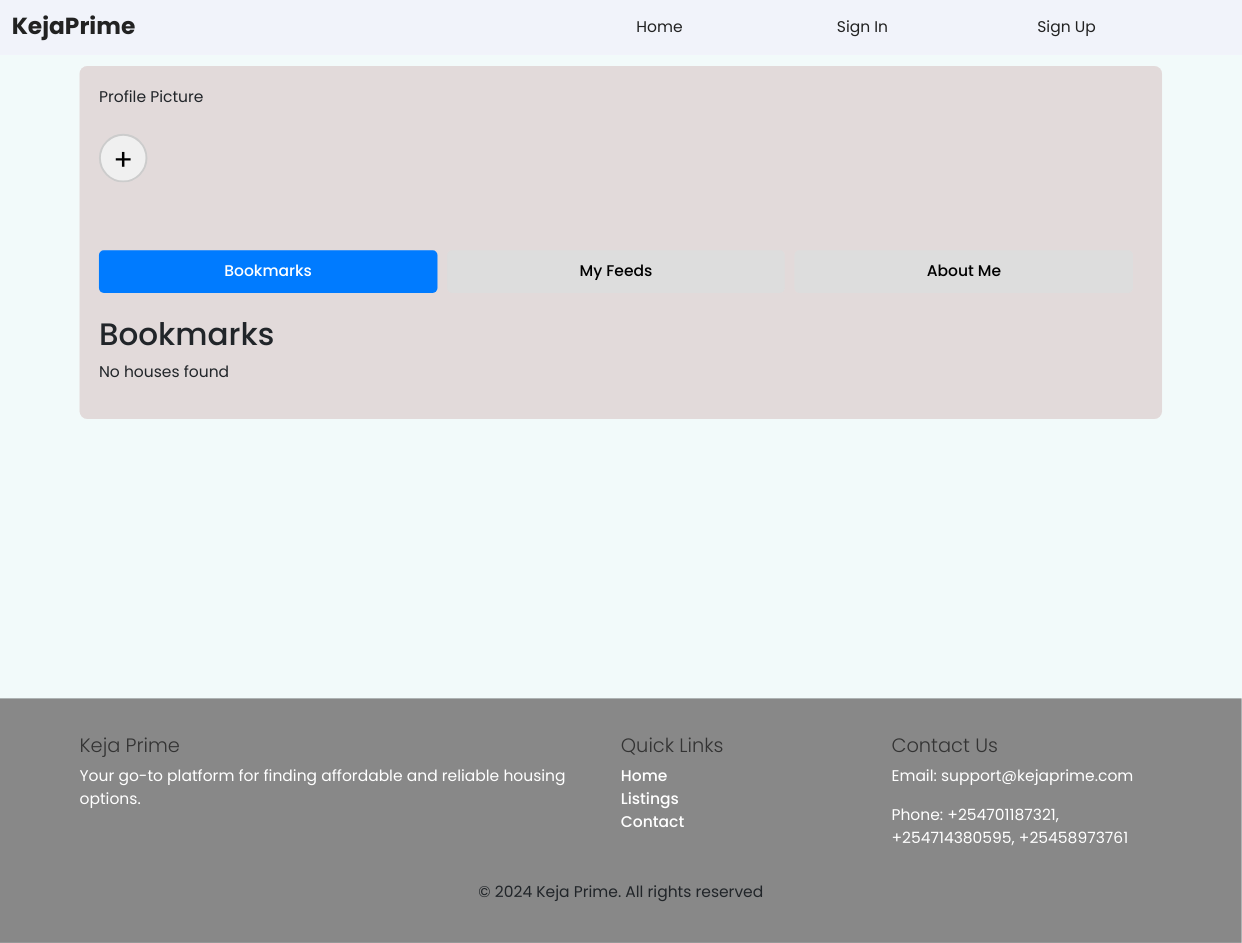
Repository: Pascal7601/kejaPrime
Page: /profile (app in frontend/)
The author's editor kept a copy of each file at every save. The page is drawn from the files as they stood at one save, then again after a run of saves.
The browser window is 1280 px wide. The pictures show the whole page, at 97% of full size.
The page's requests for data from a server got no answer. The project was rebuilt for these pictures with package versions that can differ from the ones it lists, and the page was loaded fresh each time. No one was signed in, and anything a server would have sent is missing. Also part of the build but not shown: frontend/vite.config.js, frontend/src/styles/HeroSection.css, frontend/src/components/HeroSection.jsx, frontend/src/pages/Home.jsx, frontend/src/components/Houses.jsx, frontend/src/pages/Listings.jsx, frontend/src/styles/PostHouse.css, frontend/src/pages/PostHouse.jsx and 10 more.

Above is the page before, as saved 2024-10-22 12:27:47.

### frontend/index.html
<!doctype html>
<html lang="en">
  <head>
    <meta charset="UTF-8" />
    <link rel="icon" type="image/svg+xml" href="/vite.svg" />
    <meta name="viewport" content="width=device-width, initial-scale=1.0" />
    <script src="https://cdn.jsdelivr.net/npm/@popperjs/core@2.11.6/dist/umd/popper.min.js"></script>
    <script src="https://cdn.jsdelivr.net/npm/bootstrap@5.2.0/dist/js/bootstrap.bundle.min.js"></script>
    <link rel="preconnect" href="https://fonts.googleapis.com">
    <link rel="preconnect" href="https://fonts.gstatic.com" crossorigin>
    <link href="https://fonts.googleapis.com/css2?family=Poppins:ital,wght@0,100;0,200;0,300;0,400;0,500;0,600;0,700;0,800;0,900;1,100;1,200;1,300;1,400;1,500;1,600;1,700;1,800;1,900&display=swap" rel="stylesheet">
    <title>KejaPrime</title>
  </head>
  <body>
    <div id="root"></div>
    <script type="module" src="/src/main.jsx"></script>
  </body>
</html>

### frontend/src/App.jsx
import React from 'react';
import { BrowserRouter as Router, Route, Routes } from 'react-router-dom';
import { AuthProvider } from './utils/AuthContext';
import Home from './pages/Home';
import Listings from './pages/Listings';
import ProfilePage from './pages/ProfilePage';
import SignUp from './components/SignUp';
import FeedsPage from './pages/FeedsPage'
import PostHouse from './pages/PostHouse';
import SignIn from './components/SignIn';
import Dashboard from './components/Dashboard';

import './App.css';

function App() {

  return (
    <AuthProvider>
      <Router>
            <Routes>
              <Route path="/Sign-up" element={<SignUp />} />
              <Route path="/Sign-in" element={<SignIn />} />
              <Route path="/" element={<Home />} />
              <Route path="/home" element={<Home />} />
              <Route path="/dashboard" element={<Dashboard />} />
              <Route path="/feeds" element={<FeedsPage />} />
              <Route path="/listings" element={<Listings />} />
              <Route path="/profile" element={<ProfilePage />} />
              <Route path="/post-house" element={<PostHouse />} />
            </Routes>
      </Router>
    </AuthProvider>
  );
}

export default App

### frontend/src/utils/AuthContext.jsx
import React, { createContext, useEffect, useState } from 'react';
import axios from 'axios';

export const AuthContext = createContext();

export const AuthProvider = ({ children }) => {
  const [isLoggedIn, setIsLoggedIn] = useState(false);
  const [userType, setUserType] = useState('');  // Manage roles (landlord, tenant, etc.)
  const [accessToken, setAccessToken] = useState(null);

  // Fetch token from localStorage on mount
  useEffect(() => {
    const storedToken = localStorage.getItem('access_token');
    if (storedToken) {
      setAccessToken(storedToken);
      checkAuthStatus(storedToken);  // Check if token is still valid
    }
  }, []);

  // Store or remove the token from localStorage when `accessToken` changes
  useEffect(() => {
    if (accessToken) {
      localStorage.setItem('access_token', accessToken);
    } else {
      localStorage.removeItem('access_token');
    }
  }, [accessToken]);

  /**
   * Check if the user is authenticated based on the access token.
   * This function should ideally be called when the app starts (if there's a token).
   */
  const checkAuthStatus = async (token) => {
    if (!token) {
      setIsLoggedIn(false);
      return;
    }

    try {
      const response = await axios.get('http://localhost:8000/api/v1/users/profile', {
        headers: {
          Authorization: `Bearer ${token}`,
        },
      });

      if (response.status === 200) {
        setIsLoggedIn(true);
        setUserType(response.data.is_landlord ? 'landlord' : 'tenant');  // Adjust role
        console.log("User type:", response.data.is_landlord ? 'landlord' : 'tenant');
      } else {
        console.log('User not logged in');
        setIsLoggedIn(false);
        handleLogout();  // Clear token if the user is unauthorized
      }
    } catch (error) {
      console.error('Error checking authentication status:', error);
      setIsLoggedIn(false);
      handleLogout();  // Clear token in case of failure
    }
  };

  /**
   * Login function to authenticate the user and retrieve the access token.
   */
  const login = async (email, password) => {
    try {
      const response = await axios.post('http://localhost:8000/api/v1/auth/sign_in', { email, password });

      if (response.status === 200) {
        setAccessToken(response.data.access_token);
        setUserType(response.data.is_landlord ? 'landlord' : 'tenant');  // Determine role from response
        setIsLoggedIn(true);
      } else {
        console.error('Error logging in:', response.data);
      }
    } catch (error) {
      console.error('Error logging in:', error);
    }
  };

  /**
   * Logout function to clear user session and token.
   */
  const logout = () => {
    setIsLoggedIn(false);
    setUserType('');
    setAccessToken(null);
    localStorage.removeItem('access_token');
  };

  /**
   * Optionally refresh the token if needed (implement if your backend supports token refreshing).
   */

  return (
    <AuthContext.Provider value={{ isLoggedIn, userType, login, logout }}>
      {children}
    </AuthContext.Provider>
  );
};

### frontend/src/pages/ProfilePage.jsx
import React from 'react';
import Profile from "../components/Profile";
import "../styles/ProfilePage.css";

const ProfilePage = () => {
	return (
		<>
			<Profile />
		</>
	);
}

export default ProfilePage;

### frontend/src/App.css
@import url('https://fonts.googleapis.com/css2?family=Poppins:ital,wght@0,100;0,200;0,300;0,400;0,500;0,600;0,700;0,800;0,900;1,100;1,200;1,300;1,400;1,500;1,600;1,700;1,800;1,900&display=swap');
*{
	font-family: "Poppins", sans-serif;
	margin: 0;
	padding: 0;
	width: 100%;
	box-sizing: border-box;
}

body {
	margin: 0;
	font-family: "Poppins", sans-serif;
	width: 100%;
	background-color: rgb(229, 245, 245);
}

### frontend/src/components/Navbar.jsx
import React from 'react';
import { useContext } from 'react';
import { AuthContext } from '../utils/AuthContext';
import { Link, useNavigate } from 'react-router-dom';
import 'bootstrap/dist/css/bootstrap.min.css';
import '../styles/Navbar.css';


function Navbar() {
  // Destructure values from AuthContext
  const { isLoggedIn, userType, logout } = useContext(AuthContext);

  const navigate = useNavigate();

  const handleLogout = () => {
    navigate('/sign-in');
    logout(); // Call the logout function from AuthContex
  };

  return (
    <nav className="navbar navbar-expand-lg custom-navbar fixed-top">
      <div className="container-fluid">
        <Link className="navbar-brand" to="/">
          <h1>
            Keja<span>Prime</span>
          </h1>
        </Link>
        <button
          className="navbar-toggler"
          type="button"
          data-bs-toggle="collapse"
          data-bs-target="#navbarNav"
          aria-controls="navbarNav"
          aria-expanded="false"
          aria-label="Toggle navigation"
        >
          <span className="navbar-toggler-icon"></span>
        </button>
        <div className="collapse navbar-collapse" id="navbarNav">
          <ul className="navbar-nav">
            {/* Home link always available */}
            <li className="nav-item">
              <Link className="nav-link" to="/">
                Home
              </Link>
            </li>

            {isLoggedIn ? (
              <>
                {/* Tenant-specific links */}
                {userType === 'tenant' && (
                  <>
                    <li className="nav-item">
                      <Link className="nav-link" to="/dashboard">
                        Dashboard
                      </Link>
                    </li>
                    {/* <li className="nav-item">
                      <Link className="nav-link" to="/listings">
                        Listings
                      </Link>
                    </li> */}
                    <li className="nav-item">
                      <Link className="nav-link" to="/feeds">
                        Feeds
                      </Link>
                    </li>
                    <li className="nav-item">
                      <Link className="nav-link" to="/profile">
                        Profile
                      </Link>
                    </li>
                  </>
                )}

                {/* Landlord-specific links */}
                {userType === 'landlord' && (
                  <>
                    <li className="nav-item">
                      <Link className="nav-link" to="/post-house">
                        Post a House
                      </Link>
                    </li>
                    <li className="nav-item">
                      <Link className="nav-link" to="/profile">
                        Profile
                      </Link>
                    </li>
                  </>
                )}

                {/* Logout button available when logged in */}
                <li className="nav-item">
                  <button className="nav-link btn" onClick={handleLogout}>
                    Logout
                  </button>
                </li>
              </>
            ) : (
              // Display Sign In/Sign Up links when not logged in
              <>
                <li className="nav-item">
                  <Link className="nav-link" to="/sign-in">
                    Sign In
                  </Link>
                </li>
                <li className="nav-item">
                  <Link className="nav-link" to="/sign-up">
                    Sign Up
                  </Link>
                </li>
              </>
            )}
          </ul>
        </div>
      </div>
    </nav>
  );
}

export default Navbar;

### frontend/src/components/Footer.jsx
import React from 'react'
import 'bootstrap/dist/css/bootstrap.min.css';
import '../styles/Footer.css';

const Footer = () => {
	const currentYear = new Date().getFullYear();
  return (
	<footer className='footer py-4'>
		<div className='container'>
			<div className='row'>
				<div className='col-md-6'>
					<h5 className='footer-title'>Keja Prime</h5>
					<p className='footer-description'>
					Your go-to platform for finding affordable and reliable housing options.
					</p>
				</div>
				<div className="col-md-3">
					<h5 className="footer-links-title">Quick Links</h5>
            		<ul className="list-unstyled">
						<li><a href="/" className="text-white">Home</a></li>
              			<li><a href="/listings" className="text-white">Listings</a></li>
              			<li><a href="/contact" className="text-white">Contact</a></li>
            		</ul>
				</div>
				<div className='col-md-3'>
					<h5 className='footer-contact-title'> Contact Us</h5>
					<p>Email: support@kejaprime.com</p>
					<p>Phone: +254701187321, +254714380595, +25458973761</p>
				</div>
			</div>
			<div className='text-center mt-3'>
				<p className='text-dark'>&copy; {currentYear} Keja Prime. All rights reserved</p>
			</div>
		</div>
	</footer>
  );
};

export default Footer;

### frontend/src/styles/HomePage.css
.body-home{
	width: 100%;
	margin-top:20px;
}
.section-1{
	width: 100%;
	text-align: center;
}
.section-1 h2{
	font-size: 40px;
	font-weight: bold;
	color: #4ea685;
}
.about-us{
	display: flex;
	margin-top: 25px;
    flex-direction: row;
    align-items: center;
    justify-content: space-between;
    text-align: left;
	background-color: #F1F3FA;
	margin-bottom: 20px;
    padding: 20px;
    max-width: 100%;
}
.about-us img {
    max-width: 50%;
    height: 400px;
    border-radius: 8px;
    width: 400px
}

.about-us p {
    flex: 1;
    font-size: 1.1em;
    line-height: 2;
    margin-left: 15px;
    color: #333;
}


@media (max-width: 768px) {
    .about-us {
        flex-direction: column;
        text-align: center;
    }

    .about-us img {
        max-width: 80%;
        margin-bottom: 20px;
    }

    .about-us p {
		text-align: left;
        margin-left: 0;
        font-size: 1em;
    }
}

/**--------Goals-----------**/
.body-home h4{
	font-weight: 300;
}
.goals{
	display: flex;
	margin-top: 25px;
    flex-direction: row;
    align-items: center;
    justify-content: space-between;
    text-align: left;
	margin-bottom: 20px;
    padding: 20px;
    max-width: 100%;
}
.goals img {
    max-width: 50%;
    height: 400px;
    border-radius: 8px;
}

.p-goals {
	border: 1px solid red;
	display: flex;
	align-items: center;
	font-size: 1.1em;
	line-height: 2;
	color: #333;
}

.icon-wrapper {
	width: 20px;
	height: 20px;
	display: flex;
	justify-content: center;
	align-items: center;
}
.list {
	align-items: center;
	background: url( '../assets/circle.svg');
	background-repeat: no-repeat;
	font-size: 18px;
	line-height: 3rem;
	padding: 20px;
    text-align: left;
	background-position: calc(-50% - 20px) top;
	border-radius: 10px;
	box-shadow: 0 4px 6px #4ea685;
}
ul {
	border-radius: 10px;
	list-style: none;
}
.icon-wrapper svg circle {
	stroke-width: 2px;
	stroke-linecap: round;
	stroke-linejoin: round;
}

@media (max-width: 768px) {
    .goals {
        flex-direction: column;
        text-align: center;
    }

    .goals img {
        max-width: 80%;
        margin-bottom: 20px;
    }
	.list {
		background: none;
	}


    .goals p {
		text-align: left;
        margin-left: 0;
        font-size: 1em;
    }
}

### frontend/src/styles/Footer.css
.footer{
	background: #4ea685;
	color: #222222;
}

### frontend/src/styles/FeedsPage.css
@import url('https://fonts.googleapis.com/css2?family=Poppins:ital,wght@0,100;0,200;0,300;0,400;0,500;0,600;0,700;0,800;0,900;1,100;1,200;1,300;1,400;1,500;1,600;1,700;1,800;1,900&display=swap');
.right-side::-webkit-scrollbar {
    display: none;
}
body {
    -ms-overflow-style: none;
    scrollbar-width: none;
}
.feeds-page {
	height: 100vh;
	overflow: hidden;
}
.right-side{
	width:60%;
	margin-top: 60px;
	display: flex;
  	justify-content: center;
	text-align: center;
	border: 1px solid red;
	padding-bottom: 20px;
}

.row {
height: 100%;
}

.create-feed {
	position: fixed;
	background-color: #F1F3FA;
	top: 28%;
	width: 100%;
	max-width: 550px;
	z-index: 1;
}
.right-side {
	overflow-y: auto;
	height: 100%;
	background: radial-gradient(circle, #4ea685, #3e8f70);
	padding-bottom:20px;
	text-align: center;
}
.feed-item {
	position: relative;
	border: 1px solid #ddd;
	border-radius: 8px;
	background-color: #fff;
	padding: 10px;
	margin-bottom: 15px;
}
.feed-item {
	display: flex;
  	justify-content: center;
	text-align: center;
	width: 70%;
	margin-left: 80px;
}

.feed-img {
	max-width: 100%;
	background-size: cover;
	height: 400px;
	border-radius: 5px;
}
.btn1{
	color: #fff;
	background-color: #4ea685;
	border: none;
	max-width: 100px;
	font-weight: 200;
}
.form-control{
	border: none;
}
h5{
	font-weight: 300;
	color: #333;
}
.creat{
	font-weight: 500;
	color: #4ea685;
	margin-bottom: 20px;
}
/*-----Bookmark-------*/
.bookmark-btn {
	position: absolute;
	top: 10px;
	right: 10px;
	background-color: rgba(0, 0, 0, 0.5);
	color: #fff;
	border: none;
	padding: 8px 12px;
	cursor: pointer;
	border-radius: 5px;
	font-size: 14px;
}

.bookmark-btn:hover {
	background-color: rgba(0, 0, 0, 0.7);
}


@media (max-width: 768px) {
	.right-side {
	  width: 100%;
	  margin-top: 100px;
	}
	.create-feed{
		display: none;
	}
	.left-side{
		display: flex;
		flex-direction: column;
		gap: 10px;
		width: 100%;
	}
}
@media (max-width: 480px) {
	.house-row {
	  grid-template-columns: 1fr;
	}
	.left-side{
		display: flex;
		flex-direction: row;
		flex-wrap: wrap;
		gap: 10px;
		width: 100%;
	}
	.create-feed{
		display: none;
	}
}

### frontend/src/styles/Navbar.css
nav ul {
	list-style-type: none;
	margin: 0;
	padding: 0;
	justify-content: flex-end;
  }
.nav-item1 {
	padding-top: 10px;
	border: 1px solid red;
}
  nav ul li a {
	text-decoration: none;
	color: #333;
	font-weight: bold;
  }

  nav h1 {
	display: inline-block;
	margin: 0;
	font-size: 24px;
	font-weight: bold;
  }
  h1 span {
}
.custom-navbar {
	background-color: #F1F3FA;
	color: #222222;
}

.custom-navbar .navbar-nav .nav-link {
	color: #222222;
}

  .custom-navbar .navbar-brand {
	color: #222222;

  }

  .custom-navbar .navbar-toggler-icon {
	filter: brightness(100%);
  }

  .custom-navbar .navbar-nav .nav-link:hover {
	color: #4ea685;
  }

  .custom-navbar .btn-link {
	color: #ffffff;
  }

### frontend/src/styles/Houses.css
@import url('https://fonts.googleapis.com/css2?family=Poppins:ital,wght@0,100;0,200;0,300;0,400;0,500;0,600;0,700;0,800;0,900;1,100;1,200;1,300;1,400;1,500;1,600;1,700;1,800;1,900&display=swap');
body, html {
	margin: 0;
	padding: 0;
	box-sizing: border-box;
	font-family: "Poppins", sans-serif;
	width: 100%;
}
.houses-container {
	display: flex;
	flex-direction: column;
	align-items: center;
	padding: 1.5rem;
	margin-top: 50px;
	width: 100%;

}

.house-row{
	display: grid;
	grid-template-columns: repeat(auto-fill, minmax(250px, 1fr));
	gap: 1rem;
	width: 100%;

}

.house-card {
	background-color: #F1F3FA;
	padding: 10px;
	border-radius: 8px;
	margin: 0 10px;
	box-shadow: 0 4px 6px rgba(0, 0, 0, 0.1);
	transition: transform 0.2s ease-in-out;
  	flex-direction: column;

}

.house-card:hover {
	transform: translateY(-5px);
}

.house-image {
	width: 100%;
	object-fit: cover;
	border-top-left-radius: 8px;
	border-top-right-radius: 8px;
}

.house-info {
	padding: 1.5rem;
}

h5 {
	margin-top: 12px;
	font-weight: 400;
	color: #003b95;
	margin-bottom: 0.5rem;
}
.price{
	color: #003b95;
}

strong {
	font-weight: bold;
}
.location-icon {
	margin-right: 5px;
	margin-left: 5px;
	width: 10%;
	color: #e0354b;
 	align-items: center;
	margin: 0;
}
.icon-locator{
	display: flex;

}
.price{
	color: #498862;
	font-weight: 700;
	font-size: 16px;
}

.p{
	font-size: 14px;
	color: #060b20;
	margin: 0;
	line-height: 1.5;
	font-weight: 300;
}

.filter-bar {
	display: flex;
	justify-content: space-between;
	margin-bottom: 20px;
}

.filter-bar input,
.filter-bar button {
	padding: 5px 10px;
	font-size: 16px;
}
.save-button {
	border: 1px solid red;
}
@media (max-width: 768px) {
	.house-row {
	  grid-template-columns: repeat(auto-fill, minmax(200px, 1fr));
	}
}
@media (max-width: 480px) {
	.house-row {
	  grid-template-columns: 1fr;
	}
}

### frontend/src/styles/Profile.css
.navbar {
    margin-bottom: 10px;
}
/* Profile page container */
.profile-page {
  display: flex;
  justify-content: center;
  align-items: flex-start;
  padding: 20px;
  background-color: rgba(255, 255, 255, 0.5);
  min-height: 100vh;
}

.profile-container {
  display: flex;
  gap: 20px;
  align-items: flex-start;  /* Align items to the top */
}

/* Landlord-specific layout */
.landlord-layout {
  flex-direction: row;
}

.tenant-layout {
  flex-direction: column;
}

/* Left Panel for PostHouse form */
.left-panel {
  flex: 1;  /* Adjusts based on screen size */
  max-width: 300px;
  padding: 15px;
  background-color: #ebc1c1;
  border-radius: 8px;
  margin-right: 20px;
}
.left-panel h4 {
  margin-bottom: 15px;
  font-weight: bold;
  font-family:Arial, Helvetica, sans-serif;
}

/* Right Panel */
.right-panel {
  flex: 3;  /* Takes up more space for profile details */
  padding: 20px;
  background-color: #e2dada;
  border-radius: 8px;
}
/* Full-width for tenant */
.full-width {
  flex: 1;
  width: 100%;
}
.profile-header {
    margin-bottom: 20px;
}
.profile-picture-container {
  position: relative;
  width: 150px; /* Adjust the size as needed */
  height: 150px; /* Adjust the size as needed */
}
.profile-picture {
  width: 100%;
  height: 100%;
  border-radius: 50%;
  object-fit: cover;
}

.profile-picture-placeholder {
    width: 150px;
    height: 150px;
    background-color: #f0f0f0;
    border-radius: 50%;
    display: flex;
    align-items: center;
    justify-content: center;
    font-size: 12px;
    color: #888;
}

.plus-sign-label {
  display: inline-block;
  width: 50px;
  height: 50px;
  background-color: #f0f0f0;
  color: #000;
  text-align: center;
  line-height: 50px;
  font-size: 30px;
  border-radius: 50%;
  cursor: pointer;
  border: 2px solid #ccc;
  margin-top: 10px;
}
.plus-sign-label:hover {
  background-color: #ddd;
}

/* Tabs */
.profile-tabs {
    display: flex;
    justify-content: space-around;
    margin-bottom: 20px;
}

.tab-button {
    padding: 10px 20px;
    border: none;
    cursor: pointer;
    background-color: #ddd;
    border-radius: 5px;
    margin-right: 10px;
    transition: background-color 0.3s, color 0.3s; /* Smooth transition for hover effect */
}
.tab-button:hover {
    background-color: #00b3a4; /* light green on hover */
    color: #f0f0f0; /* Lighter text color on hover */
}

.tab-button.active {
    background-color: #007bff;
    color: white;
}

/* Tenant View - No Left or Right Panels */
.tenant-view .left-panel {
  display: none;
}

/* House list styling */
.houses-section {
    width: 100%;
}

.house-list {
    display: flex;
    flex-wrap: wrap;
    gap: 20px;
    justify-content: center;
}

.house-item {
    background-color: #f9f9f9;
    border: none;
    border-radius: 10px;
    padding: 15px;
    width: 300px;
    text-align: center;
}

.house-image {
    max-width: 100%;
    height: auto;
}

.profile-about {
    text-align: left;
    width: 100%;
    max-width: 600px;
}

/* feed section styling */
.feed-list {
    display: flex;
    flex-wrap: wrap;
    justify-content: start;
    gap: 20px;
    margin-top: 20px;
  }

  .feed-item {
    background-color: #f9f9f9;
    padding: 20px;
    border-radius: 10px;
    box-shadow: 0 2px 8px rgba(0, 0, 0, 0.1);
    width: 300px; /* Set the width for each card */
    display: flex;
    flex-direction: column;
    align-items: center;
  }

  .feed-image {
    width: 100%; /* Make the image fit within the card */
    height: 200px;
    object-fit: cover; /* Ensure the image scales without distortion */
    border-radius: 10px;
    margin-bottom: 15px;
  }

  .feed-item p {
    margin: 5px 0; /* Spacing between paragraphs */
  }
  .footer {
    padding: 10px 0; /* Add padding for the footer */
    margin-top: 0px;
    background-color: #888;
    color: white;
  }

  /* For smaller screens */
  @media (max-width: 768px) {
    .feed-list {
      flex-direction: column; /* Stack the feed cards on small screens */
    }

    .feed-item {
      width: 100%; /* Take up full width on small screens */
    }
  }

Loaded but not shown: frontend/src/main.jsx (common file); frontend/src/index.css (common file); frontend/src/components/Profile.jsx (316 lines, source omitted); frontend/src/styles/ProfilePage.css (no stored copy; drawn as an empty file)

After the next 2 saves:
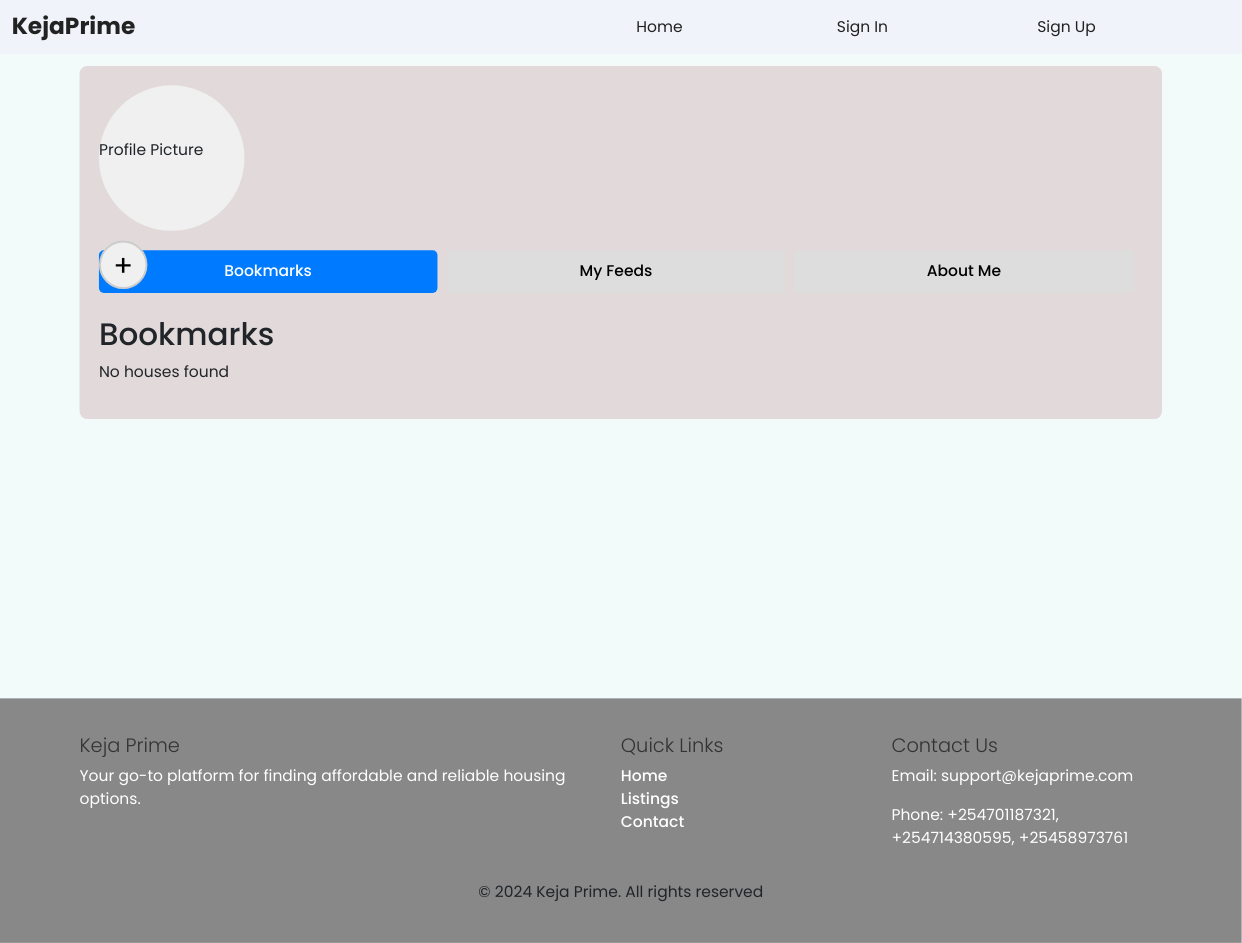
The 2 saves are shown as one change because they came seconds apart.
The last was saved 18 s later.
--- a/frontend/src/styles/Profile.css
+++ b/frontend/src/styles/Profile.css
@@ -66,6 +66,16 @@
   height: 100%;
   border-radius: 50%;
   object-fit: cover;
+}
+.placeholder-circle {
+  width: 100%;
+  height: 100%;
+  border-radius: 50%;
+  background-color: #f0f0f0;
+  display: flex;
+  justify-content: center;
+  align-items: center;
+  font-size: 16px;
 }
 
 .profile-picture-placeholder {
